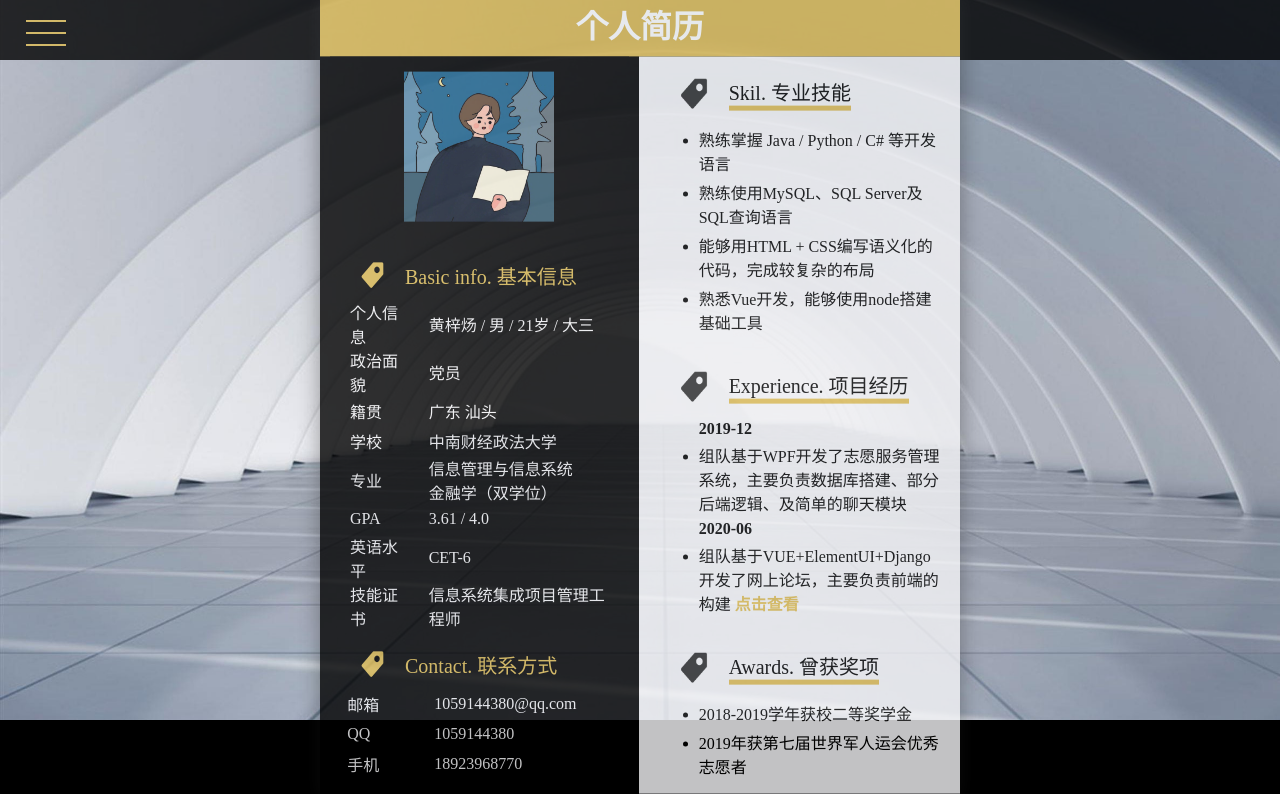
Repository: ustc-hzy/ziYang
Page: resume.html
An editor plug-in stored every save of this project. The page is shown before and after the next save, followed by the edit.
The browser window is 1280 px wide. The pictures show the whole page.

Above is the page before, as saved 2020-06-18 20:53:04.

### resume.html
<!DOCTYPE html>
<html lang="en">
<head>
    <meta charset="UTF-8">
    <meta name="viewport" content="width=device-width, initial-scale=1.0">
    <link rel="stylesheet" href="css/style.css" type="text/css">
    <link rel="stylesheet" href="css/resume.css" type="text/css">
    <title>个人简历</title>
</head>
<body>
    <header>
        <!-- 导航栏部分 -->
        <div class="inner">
            <!-- 用于控制菜单栏开关 -->
            <input type="checkbox" id="ham">
            <!-- 菜单栏icon -->
            <label for="ham">
                <div class="hamburger-container">
                    <span></span>
                    <span></span>
                    <span></span>
                </div>
            </label>
            <!-- 菜单栏各项 -->
            <nav>
                <ul>
                    <li><a href="index.html">网站首页</a></li>
                    <li><a href="resume.html">个人简历</a></li>
                    <li><a href="album.html">旅行相册</a></li>
                    <li><a href="asset.html">PS作品集</a></li>
                    <li><a href="episode.html">剧集收藏</a></li>
                </ul>
            </nav>
            <!-- 打开菜单栏的遮罩 -->
            <div class="mask"></div>
        </div>

        <!-- 简历部分 -->
        <div class="content-container">
            <table>
                <caption class="table-title">个人简历</caption>
                <tr>
                    <!-- 左侧一列，共三行 -->
                    <td class="left-column">
                        <table>
                            <tr>
                                <!-- 头像 -->
                                <td class="left-column portary" align="center">
                                    <img src="img/user.png" width="150px">
                                </td>
                            </tr>
                            <tr>
                                <!-- 基本信息 -->
                                <td  align="center">
                                    <table>
                                        <div class="small-table-title"><img src="img/label.png" width="25px"> <span>Basic info. 基本信息</span></div>
                                        <tr>
                                            <td>个人信息</td>
                                            <td>黄梓炀 / 男 / 21岁 / 大三</td>
                                        </tr>
                                        <tr>
                                            <td>政治面貌</td>
                                            <td>党员</td>
                                        </tr>
                                        <tr>
                                            <td>籍贯</td>
                                            <td>广东 汕头</td>
                                        </tr>
                                        <tr>
                                            <td>学校</td>
                                            <td>中南财经政法大学</td>
                                        </tr>
                                        <tr>
                                            <td>专业</td>
                                            <td>
                                                <div>信息管理与信息系统</div>
                                                <div>金融学（双学位）</div>
                                            </td>
                                        </tr>
                                        <tr>
                                            <td>GPA</td>
                                            <td>3.61 / 4.0</td>
                                        </tr>
                                        <tr>
                                            <td>英语水平</td>
                                            <td>CET-6</td>
                                        </tr>
                                        <tr>
                                            <td>技能证书</td>
                                            <td>信息系统集成项目管理工程师</td>
                                        </tr>
                                    </table>
                                </td>
                            </tr>
                            <tr>
                                <!-- 联系方式 -->
                                <td align="center">
                                    <table class="contact">
                                        <div class="small-table-title"><img src="img/label.png" width="25px"> <span>Contact. 联系方式</span></div>
                                        <tr>
                                            <td class="label">邮箱</td>
                                            <td>1059144380@qq.com</td>
                                        </tr>
                                        <tr>
                                            <td class="label">QQ</td>
                                            <td>1059144380</td>
                                        </tr>
                                        <tr>
                                            <td class="label">手机</td>
                                            <td>18923968770</td>
                                        </tr>
                                    </table>
                                </td>
                            </tr>
                        </table>
                    </td>
                    <!-- 右侧一列，共三行 -->
                    <td class="right-column">
                        <table>
                            <tr>
                                <!-- 专业技能 -->
                                <td>
                                    <table class="skill">
                                        <div class="small-table-title"><img src="img/label_black.png" width="30px"><span>Skil. 专业技能</span></div>
                                        <ul>
                                            <li>熟练掌握 Java / Python / C# 等开发语言</li>
                                            <li>熟练使用MySQL、SQL Server及SQL查询语言</li>
                                            <li>能够用HTML + CSS编写语义化的代码，完成较复杂的布局</li>
                                            <li>熟悉Vue开发，能够使用node搭建基础工具</li>
                                        </ul>
                                    </table>
                                </td>
                            </tr>
                            <tr>
                                <!-- 实践经历 -->
                                <td>
                                    <table class="experience">
                                        <div class="small-table-title"><img src="img/label_black.png" width="30px"><span>Experience. 项目经历</span></div>
                                        <ul>
                                            <li class="date">2019-12</li>
                                            <li>组队基于WPF开发了志愿服务管理系统，主要负责数据库搭建、部分后端逻辑、及简单的聊天模块</li>
                                            <li class="date">2020-06</li>
                                            <li>组队基于VUE+ElementUI+Django开发了网上论坛，主要负责前端的构建
                                                <a href="http://47.107.33.14/dist/index.html">点击查看</a>
                                            </li>
                                        </ul>
                                    </table>
                                </td>
                            </tr>
                            <tr>
                                <!-- 曾获奖项 -->
                                <td>
                                    <table class="awards">
                                        <div class="small-table-title"><img src="img/label_black.png" width="30px"><span>Awards. 曾获奖项</span></div>
                                        <ul>
                                            <li>2018-2019学年获校二等奖学金</li>
                                            <li>2019年获第七届世界军人运会优秀志愿者</li>
                                        </ul>
                                    </table>
                                </td>
                            </tr>
                        </table>
                    </td>
                </tr>
            </table>
        </div>
    </header>
</body>
</html>

### css/style.css
/* 背景图片 */
body {
    height: 100vh;
    width: 100vw;
    margin: 0 auto;
    padding: 0 0 ;
    background-color: #000000;
    background-image: url(../img/user_bg.jpg);
    background-repeat: no-repeat;
    background-size: cover;
    overflow: auto;
}
/* 导航栏背景 */
header{
    height: 60px;
    background-color: #000000;
    opacity: 0.8;
}
/* 导航栏内部 */
.inner{
    width: 96%;
    margin: auto;
}
/* 用于开关的checkbox */
#ham{
    display: none;
}
/* 当chexkbox选中时，改变第一条线 */
#ham:checked + label .hamburger-container span:nth-child(1){
    transform: rotate(45deg);
    top: 11px;
    transition: transform .3s ease-in-out, top .3s ease-in-out 3s;
}
/* 当chexkbox选中时，第二条线消失 */
#ham:checked + label .hamburger-container span:nth-child(2){
    opacity: 0;
}
/* 当chexkbox选中时，改变第三条线 */
#ham:checked + label .hamburger-container span:nth-child(3){
    transform: rotate(-45deg);
    top: -11px;
    transition: transform .3s ease-in-out, top .3s ease-in-out 3s;
}
/* 导航栏icon的第二天横线 */
.hamburger-container span:nth-child(2){
    margin-top: 10px;
    transition: opacity .1s ease-in-out .1s;
}
/* 导航栏icon的第三天横线 */
.hamburger-container span:nth-child(3){
    margin-top: 10px;
}
/* 导航栏icon */
.hamburger-container{
    display: block;
    width: 40px;
    height: 40px;
    position: relative;
    top: 20px;
    z-index: 100;
}
/* 导航栏icon的横线 */
.hamburger-container span{
    display: block;
    height: 2px;
    background-color: #dbba53;
    position: relative;
    transition: transform .3s ease-in-out, top .3s ease-in-out .3s;
}
/* 菜单栏子项总的效果 */
nav{
    position: absolute;
    z-index: 100;
    color: #fff;
    top: 50px;
    transform: scaleY(0); /* 垂直方向缩小到0，即关闭 */
    transition: all .3s ease-in-out;
    transform-origin: 50% 0; /* 将中心点移到顶部 */
    opacity: 0; /* 渐入渐出效果 */
}
/* 当chexkbox选中时，展示nav */
#ham:checked ~ nav{
    transform: scaleY(1); /* 垂直方向扩大到1，即打开 */
    opacity: 1;
    transition: all .3s ease-in-out;
}
/* 导航栏的遮罩 */
.mask {
    width: 100vw;
    height: 100vh;
    position: fixed;
    top: 0;
    left: 0;
    background: #000000;
    opacity: 0;
    z-index: 10; /* 防止遮住要显示的部分 */
    transform: scaleY(0);
    transform-origin: 50% 0;
    transition: all .3s ease-in-out;
}
/* 当chexkbox选中时，打开遮罩 */
#ham:checked ~ .mask{
    opacity: 1;
    transform: scaleY(1);
    transition: all .3s ease-in-out;
}
nav ul{
    position: relative;
    right: 40px;
    margin-top: 2em;
    list-style-type:none;
    font-size: 35px;
}
nav ul li{
    margin-top: 1em;
}
nav ul li:hover{
    transform: scale(1.2, 1.2); /* transform从元素中心开始变化，不会影响到其他元素 */
}
nav ul li a:hover{
    color: #dbba53;
}
/* 导航栏菜单项 */
nav a{
    text-decoration: none;
    color: #ffffff;
}
/* 居中姓名框 */
.name-container{
    position: absolute;
    top: 50%;
    left: 50%;
    transform: translate(-50%,-50%);
    z-index: 1;
    background-color: rgba(0,0,0,0.3); /* 此处使用opacity会让文字也变透明 */
    box-shadow: 0 5px 20px rgba(26,26,26,0.5);
}
/* 居中姓名 */
.mid-name{
    color: #fff;
    font-size: 50px;
    border: 8px solid #fff;
    padding: 40px;
    text-align: center;
}
/* 居中学号 */
.mid-name .id{
    margin-top: 10px;
    font-size: 40px;
}

### css/resume.css
/* 主题内容框 */
.content-container{
    position: absolute;
    top: 50%;
    left: 50%;
    transform: translate(-50%,-46%);
    z-index: 1;
    box-shadow: 0 5px 20px rgba(26,26,26,0.5);
}
table{
    border-spacing: 0;
}
table tr td {
    height: 30px;
    padding: 0px 10px;
}
/* 大标题 */
.table-title{
    color: #ffffff;
    font-size: 32px;
    font-weight: bold;
    padding: 10px 0 ;
    background-color: #dbba53;
}

/* 简历左侧部分 */
.left-column{
    width: 2000px;
    background-color: #000000;
    color: #f3f3f5;
}
/* 简历右侧部分 */
.right-column{
    width: 2000px;
    background-color: #f3f3f5;
}
/* 头像 */
.portary img{
    margin: 15px 0px;
}
/* 左侧小标题 */
.left-column .small-table-title{
    display: flex;
    flex-wrap: nowrap;
    margin-top: 20px;
    margin-bottom: 10px;
    font-size: 20px;
    color: #dbba53;
}
/* 右侧小标题 */
.right-column .small-table-title{
    display: flex;
    flex-wrap: nowrap;
    font-size: 20px;
    margin-top: 20px;
}
/* 右侧小标题下划线 */
.right-column .small-table-title span{
    border-bottom: 5px solid #dbba53;
}
.contact .label{
    position: relative;
    right: 35px;
}
.contact{
    margin-bottom: 15px;
}
/* 标签icon */
.small-table-title img{
    margin: 0 20px;
}
.right-column table tr{
    height: 45%;
}
ul .date{
    list-style-type: none;
    font-weight: bold;
}
ul li{
    margin: 5px 0 ;
}
table a{
    text-decoration: none;
    color: #dbba53;
    font-weight: bold;
}

After the next save:
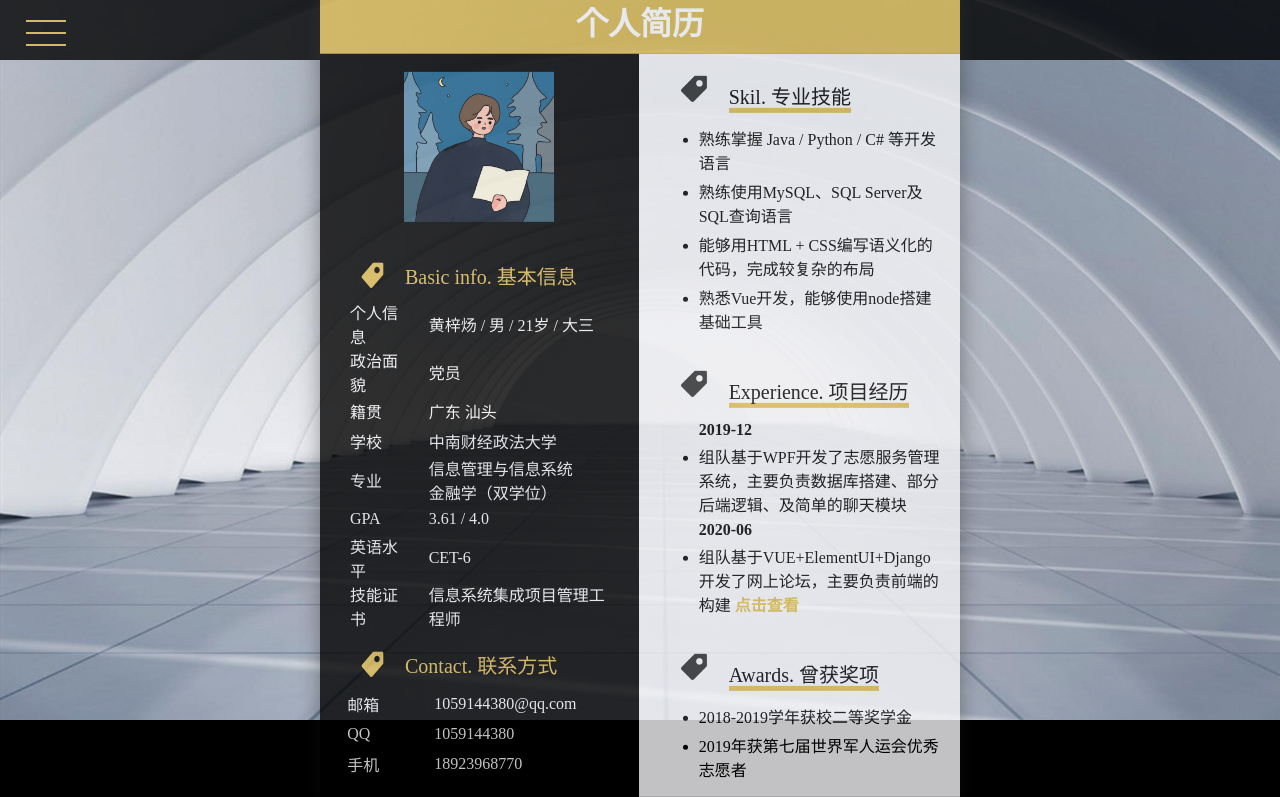
Saved 17 min 21 s later.
--- a/css/resume.css
+++ b/css/resume.css
@@ -49,8 +49,8 @@
 }
 /* 右侧小标题 */
 .right-column .small-table-title{
-    display: flex;
-    flex-wrap: nowrap;
+    /* display: flex;
+    flex-wrap: nowrap; */
     font-size: 20px;
     margin-top: 20px;
 }

After the 3 saves that followed:
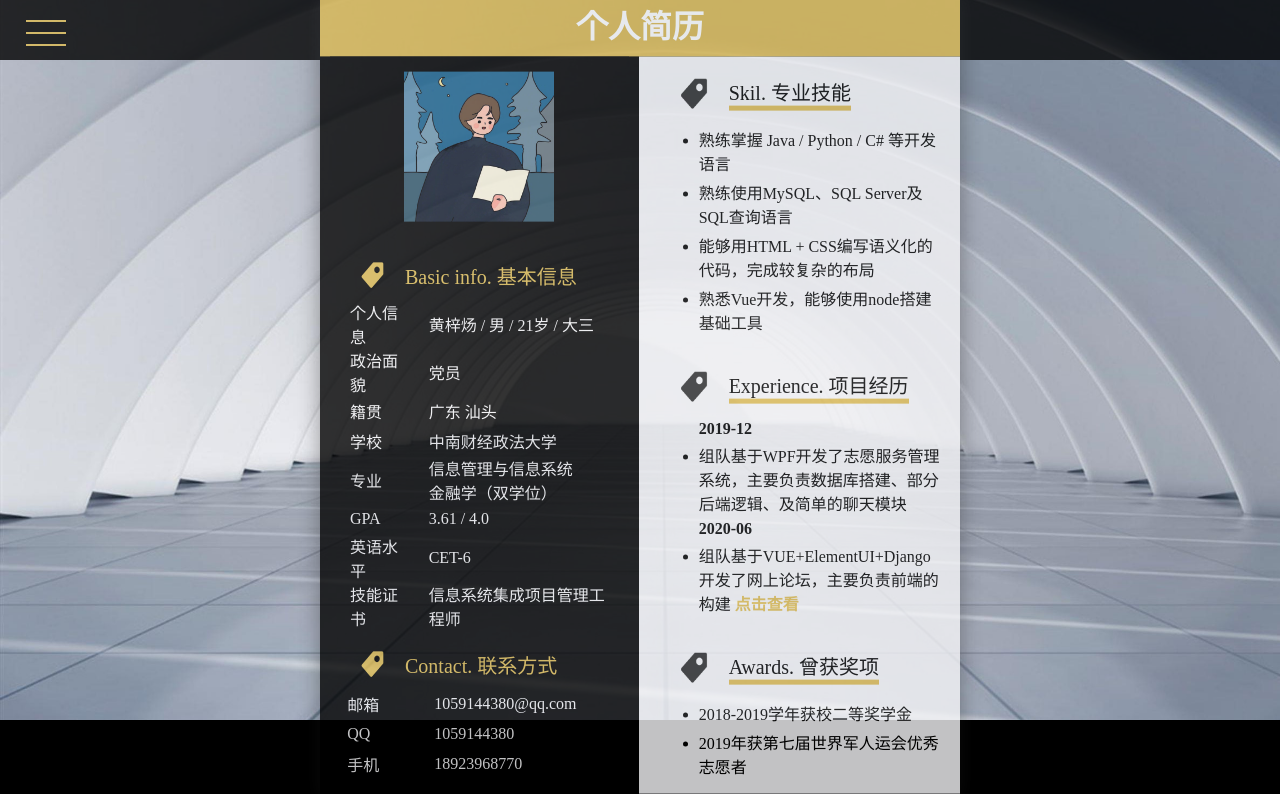
The 3 saves are shown as one change because they came seconds apart.
The last was saved 11 s later.
--- a/css/resume.css
+++ b/css/resume.css
@@ -49,8 +49,8 @@
 }
 /* 右侧小标题 */
 .right-column .small-table-title{
-    /* display: flex;
-    flex-wrap: nowrap; */
+    display: flex;
+    flex-wrap: nowrap;
     font-size: 20px;
     margin-top: 20px;
 }
